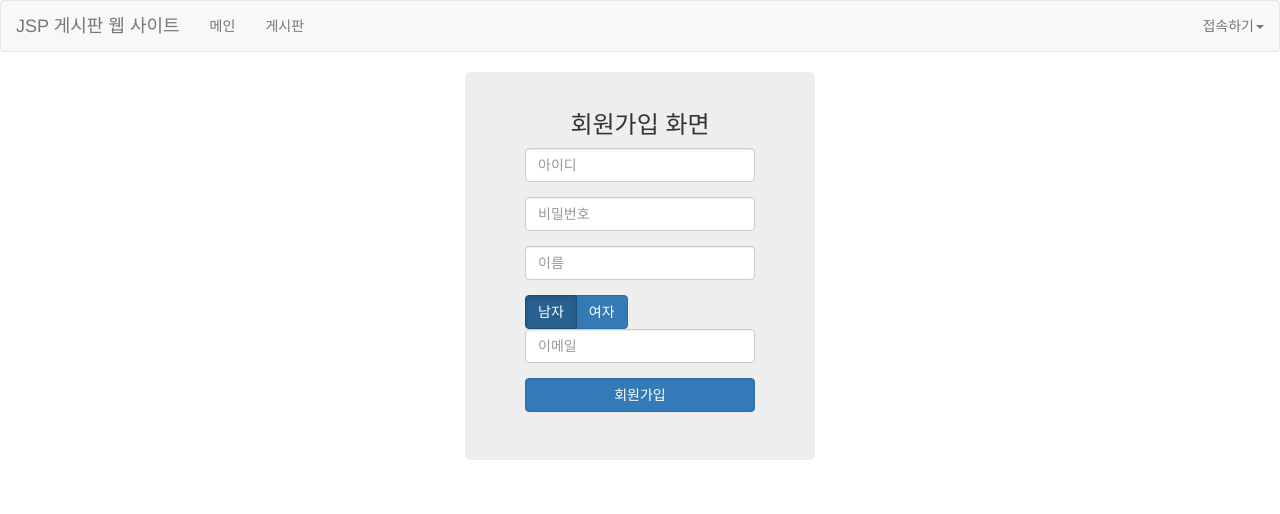
Repository: jk4g2/JSP_BBS
Page: http://localhost/BBS/join.jsp
An editor plug-in stored every save of this project. The page is shown before and after the next save, followed by the edit.
The browser window is 1280 px wide. The pictures show the whole page.
Some web libraries are served in a nearby version. The page is served by Tomcat 9.

Above is the page before, as saved 2020-03-15 21:43:28.

After the next save:
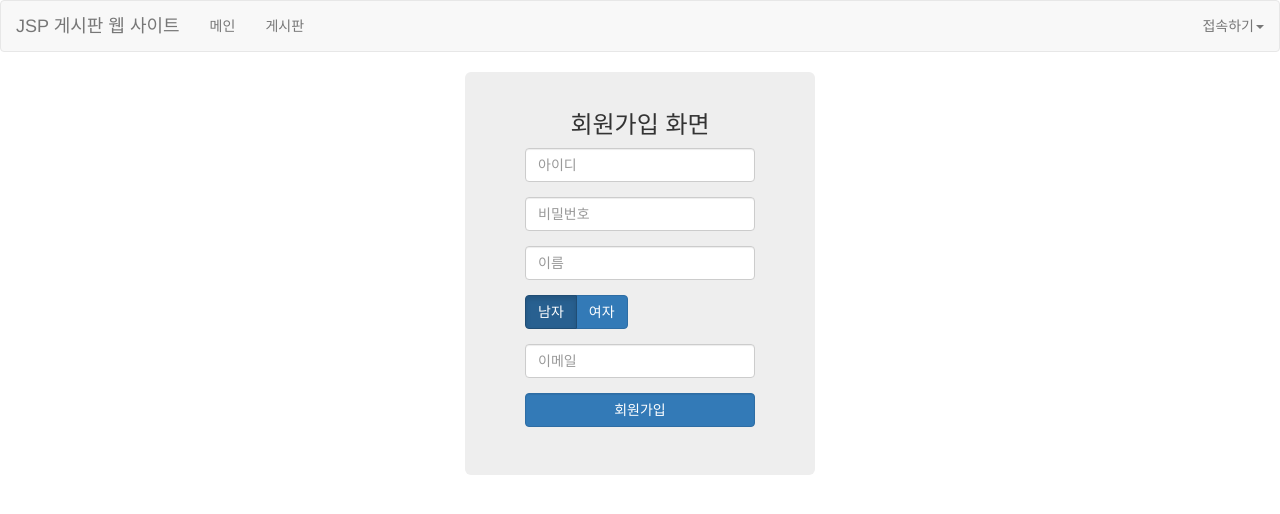
Saved 2 min 26 s later.
--- a/BBS/WebContent/join.jsp
+++ b/BBS/WebContent/join.jsp
@@ -54,13 +54,15 @@
 					<div class="form-group">
 						<input type="text" class="form-control" placeholder="이름" name="userName" maxlength="20">
 					</div>
-					<div class="btn-group" data-toggle="buttons">
-						<label class="btn btn-primary active">
-							<input type="radio" name="userGender" autocomplete="off" value="남자" checked>남자
-						</label>
-						<label class="btn btn-primary">
-							<input type="radio" name="userGender" autocomplete="off" value="여자">여자
-						</label>
+					<div class="form-group">
+						<div class="btn-group" data-toggle="buttons">
+							<label class="btn btn-primary active">
+								<input type="radio" name="userGender" autocomplete="off" value="남자" checked>남자
+							</label>
+							<label class="btn btn-primary">
+								<input type="radio" name="userGender" autocomplete="off" value="여자">여자
+							</label>
+						</div>
 					</div>
 					<div class="form-group">
 						<input type="email" class="form-control" placeholder="이메일" name="userEmail" maxlength="20">
